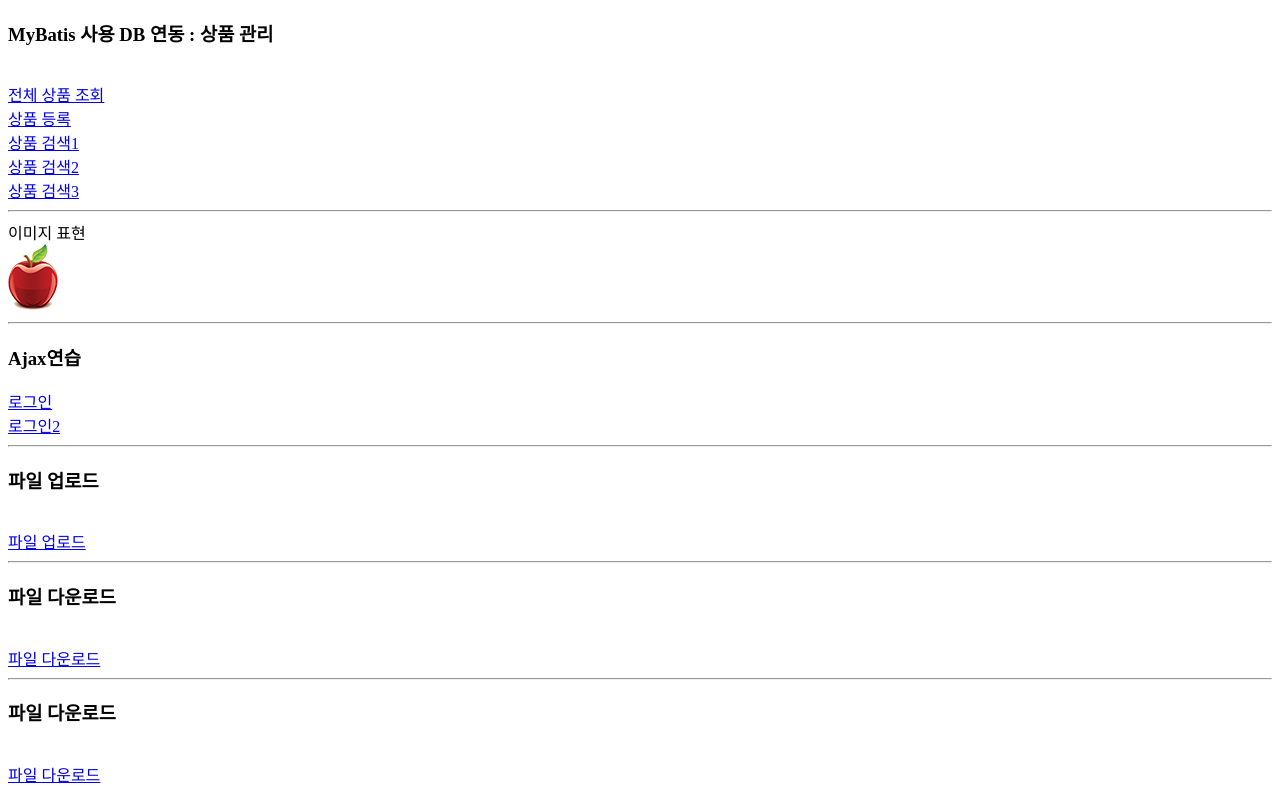
Repository: dddo3421/springBoot
Page: http://localhost/spring_boot_mybatis/WEB-INF/views/index.jsp
An editor plug-in stored every save of this project. The page is shown before and after a run of saves, followed by the edit.
The browser window is 1280 px wide. The pictures show the whole page.
The page is served by Tomcat 10. Nobody is signed in. Other server files are loaded and not shown. The template is opened directly, without the code that normally fills it, so the values that code supplies are empty.

Above is the page before, as saved 2025-09-30 06:45:11.

### spring_boot_mybatis/src/main/webapp/WEB-INF/views/index.jsp
<%@ page language="java" contentType="text/html; charset=UTF-8"
    pageEncoding="UTF-8"%>
<%@ taglib uri="http://java.sun.com/jsp/jstl/core" prefix="c" %>
<!DOCTYPE html>
<html>
	<head>
		<meta charset="UTF-8">
		<title>index 페이지</title>
	</head>
	<body>
		<h3>MyBatis 사용 DB 연동 : 상품 관리</h3><br>

		<a href="<c:url value='/product/listAllProduct'/>">전체 상품 조회</a><br>
		<a href="<c:url value='/product/newProductForm'/>">상품 등록</a><br>
		<a href="<c:url value='/product/productSearchForm1'/>">상품 검색1</a><br>
		<a href="<c:url value='/product/productSearchForm2'/>">상품 검색2</a><br>
		<a href="<c:url value='/product/productSearchForm3'/>">상품 검색3</a><br>
		<hr>
		이미지 표현<br>
		<img src="<c:url value='/image/apple.png'/>" /><br>
		<hr>
		<h3>Ajax연습</h3>
		<a href="<c:url value='/loginForm'/>">로그인</a><br>
		<a href="<c:url value='/loginForm2'/>">로그인2</a><br>

		<hr>
		<h3>파일 업로드</h3><br>
		<a href="<c:url value='/fileUploadForm'/>">파일 업로드</a><br>

		<hr>
		<h3>파일 다운로드</h3><br>
		<a href="<c:url value='/fileDownloadList'/>">파일 다운로드</a><br>

		<hr>
		<h3>파일 다운로드</h3><br>
		<a href="<c:url value='/fileDownloadList'/>">파일 다운로드</a><br>


</body>
</html>

After the next 2 saves:
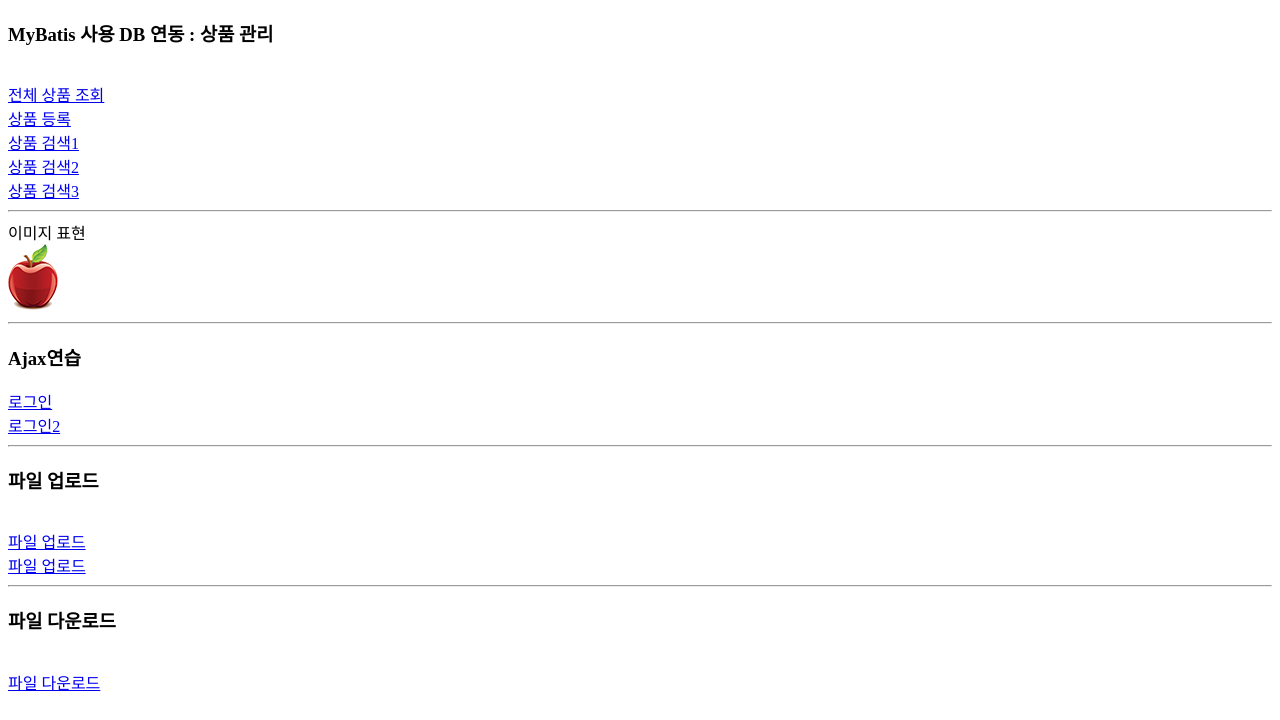
The 2 saves are shown as one change because they came seconds apart.
The last was saved 8 s later.
--- a/spring_boot_mybatis/src/main/webapp/WEB-INF/views/index.jsp
+++ b/spring_boot_mybatis/src/main/webapp/WEB-INF/views/index.jsp
@@ -26,15 +26,13 @@
 		<hr>
 		<h3>파일 업로드</h3><br>
 		<a href="<c:url value='/fileUploadForm'/>">파일 업로드</a><br>
-
-		<hr>
-		<h3>파일 다운로드</h3><br>
-		<a href="<c:url value='/fileDownloadList'/>">파일 다운로드</a><br>
+		<a href="<c:url value='/fileUploadForm'/>">파일 업로드</a><br>
 
 		<hr>
 		<h3>파일 다운로드</h3><br>
 		<a href="<c:url value='/fileDownloadList'/>">파일 다운로드</a><br>
 
 
+
 </body>
 </html>
